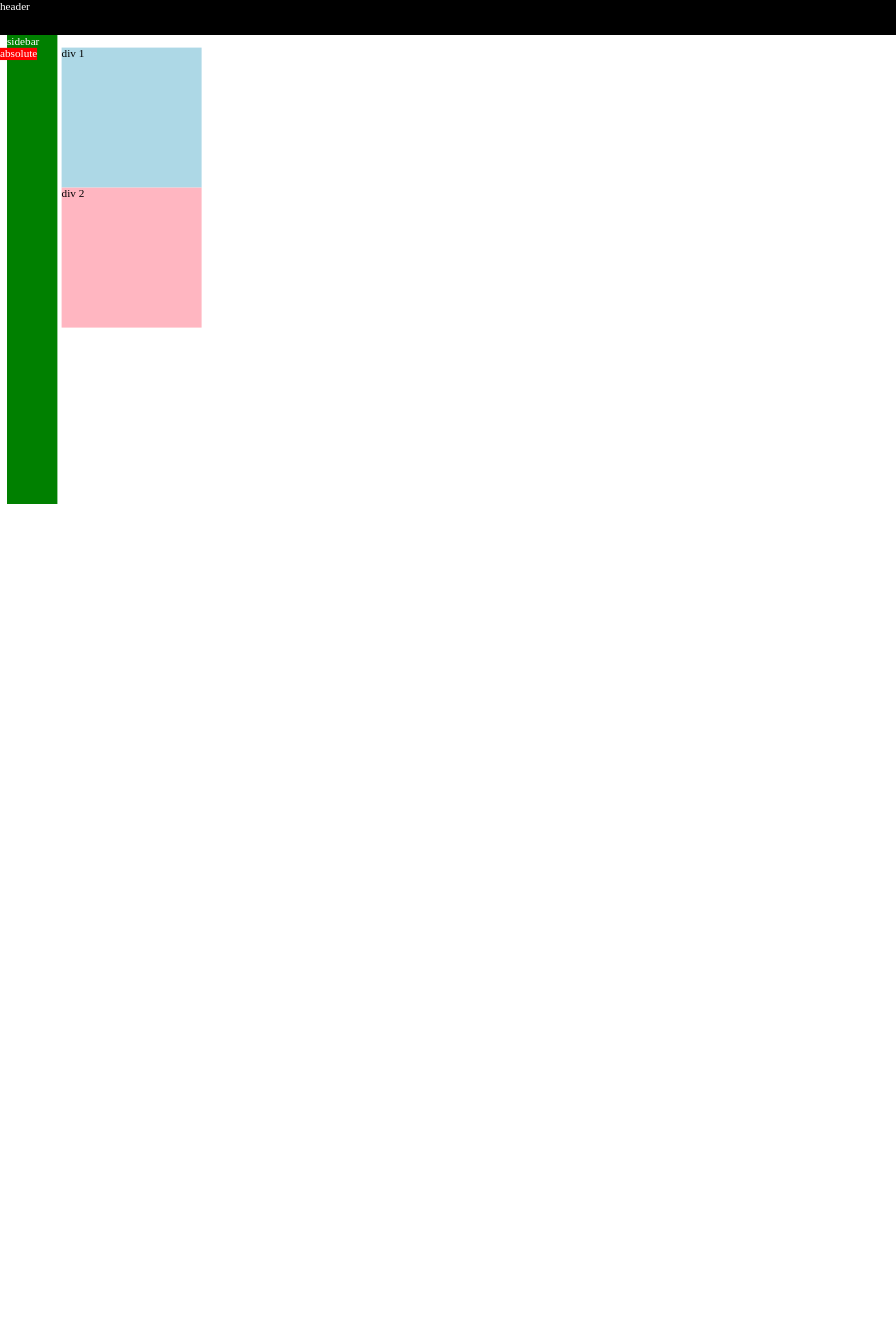
Repository: idahcarts-ux/html-css
Page: position.html
These files come from the project's save history. The page is drawn as it stood at one moment and after a run of saves; the edit follows.
The browser window is 1280 px wide. The pictures show the part of the page from y = 0 to 1920 px (the page is 3076 px tall), at 70% of full size.

Above is the page before, as saved 2025-11-19 19:15:58.

After the next 3 saves:
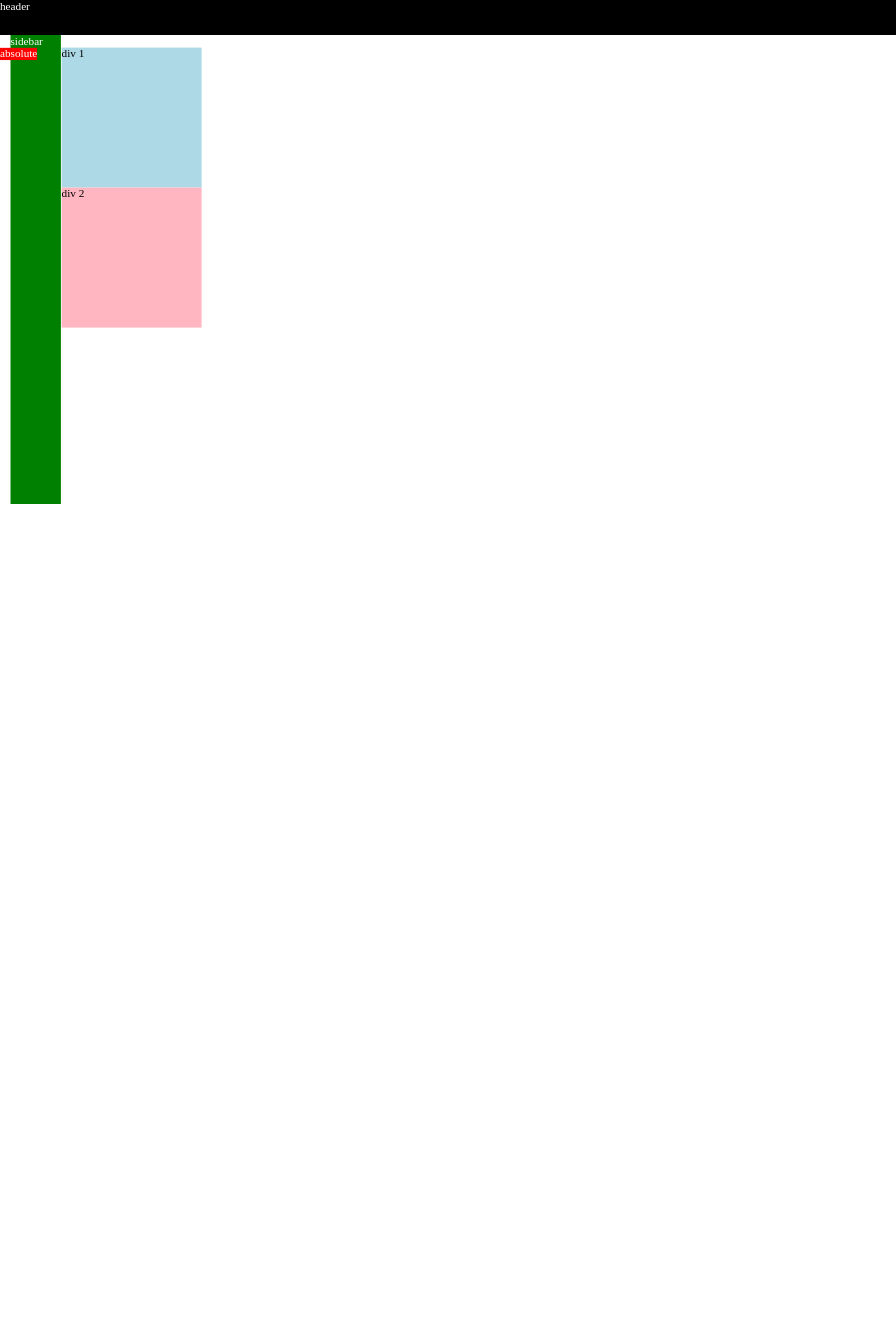
The 3 saves are shown as one change because they came seconds apart.
The last was saved 13 s later.
--- a/position.html
+++ b/position.html
@@ -23,7 +23,7 @@
 background-color: green;
 color: white;
 position:fixed;
-left: 10px;
+left: 15px;
 bottom: 0;
 top:50px;
 width:72px;

After the save that followed:
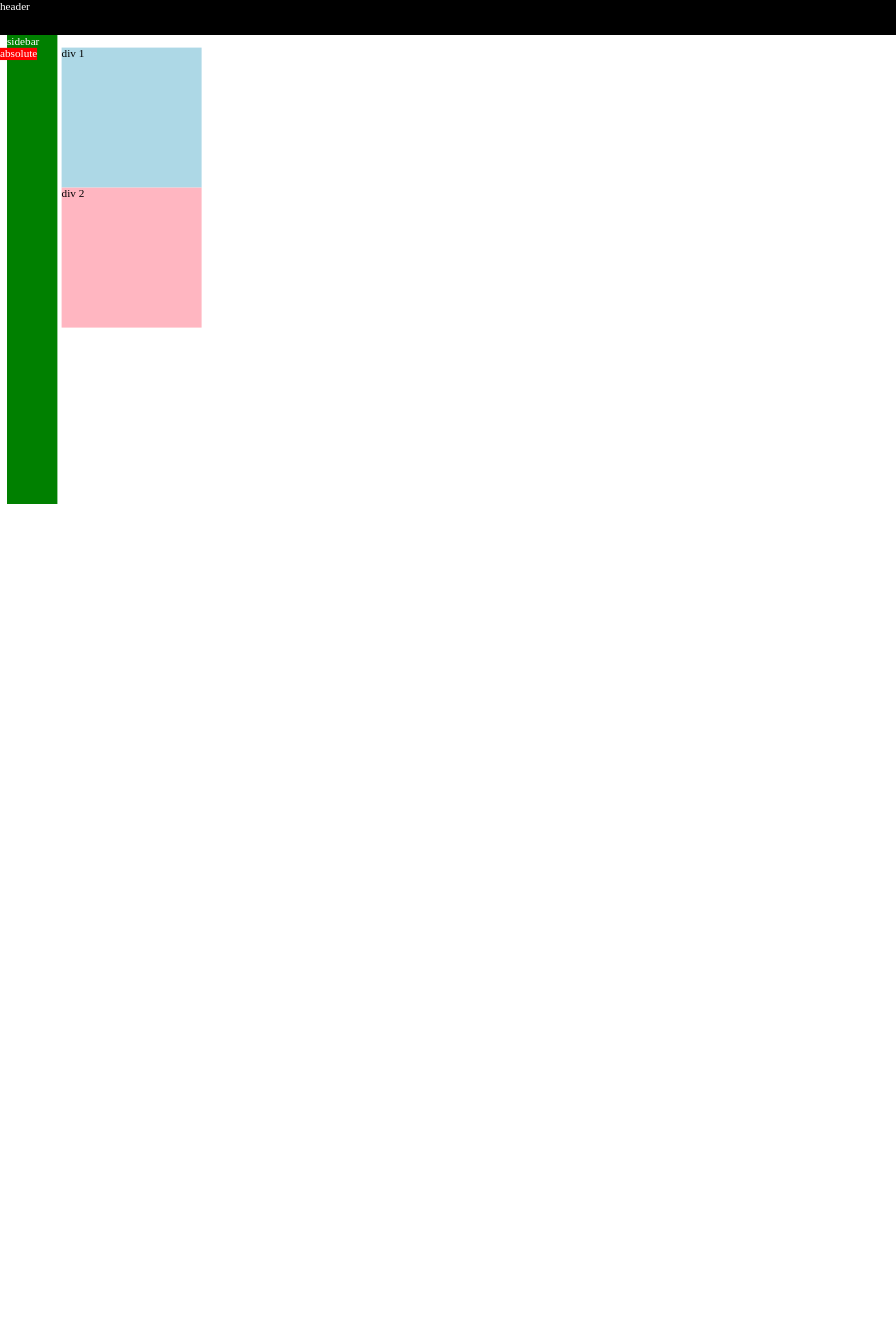
Saved 6 s later.
--- a/position.html
+++ b/position.html
@@ -23,7 +23,7 @@
 background-color: green;
 color: white;
 position:fixed;
-left: 15px;
+left: 10px;
 bottom: 0;
 top:50px;
 width:72px;
